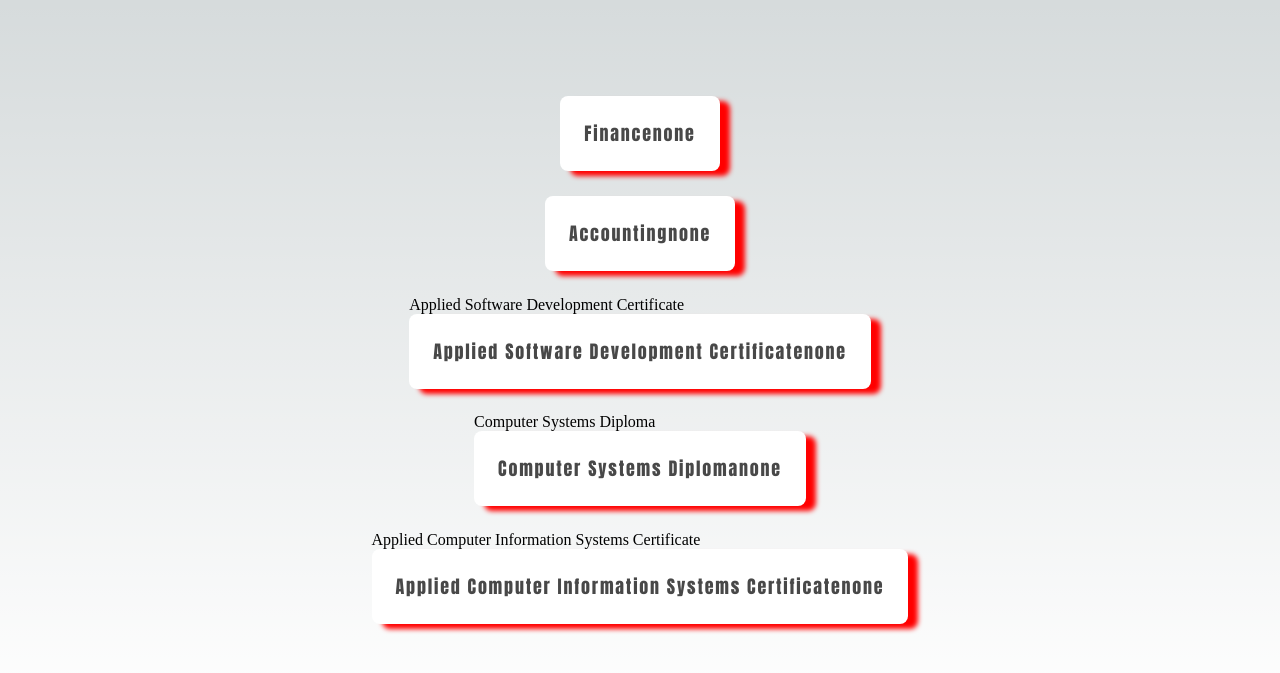
Repository: giovanabirck/class03-vercel-test
Page: /
An editor plug-in stored every save of this project. The page is shown before and after a run of saves, followed by the edit.
The browser window is 1280 px wide. The pictures show the whole page.
The project was rebuilt for these pictures with package versions that can differ from the ones it lists, and the page was loaded fresh each time. The framework's server and built-in components were replaced by stand-ins that run in the browser. Also part of the build but not shown: next.config.js.

Above is the page before, as saved 2023-01-24 21:21:54.

After the next 3 saves:
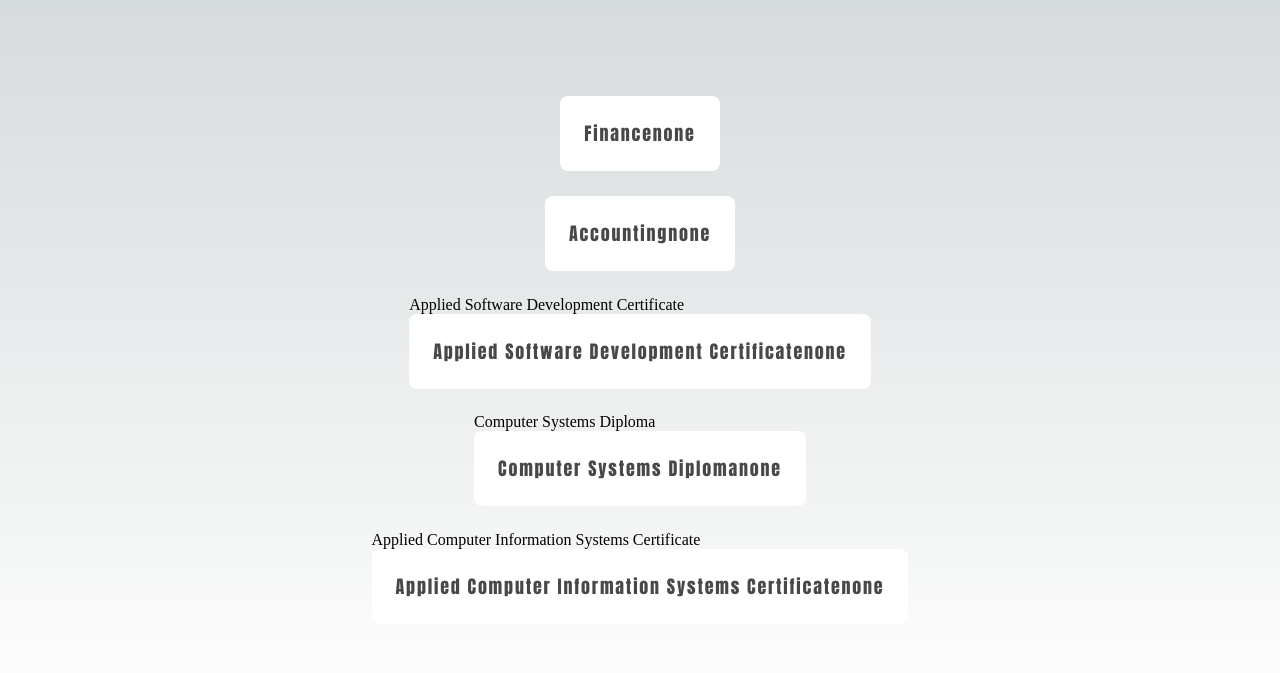
The 3 saves are shown as one change because they came seconds apart.
The last was saved 13 s later.
--- a/components/Card/index.js
+++ b/components/Card/index.js
@@ -15,7 +15,7 @@ export default function Card({
             letterSpacing: "0.1em",
             display: "flex",
             borderRadius: "8px",
-            boxShadow: "10px 5px 5px red"
+            boxShadow: "10px 5px 5px rgb()"
         }}>
             {degree}
             {department}
